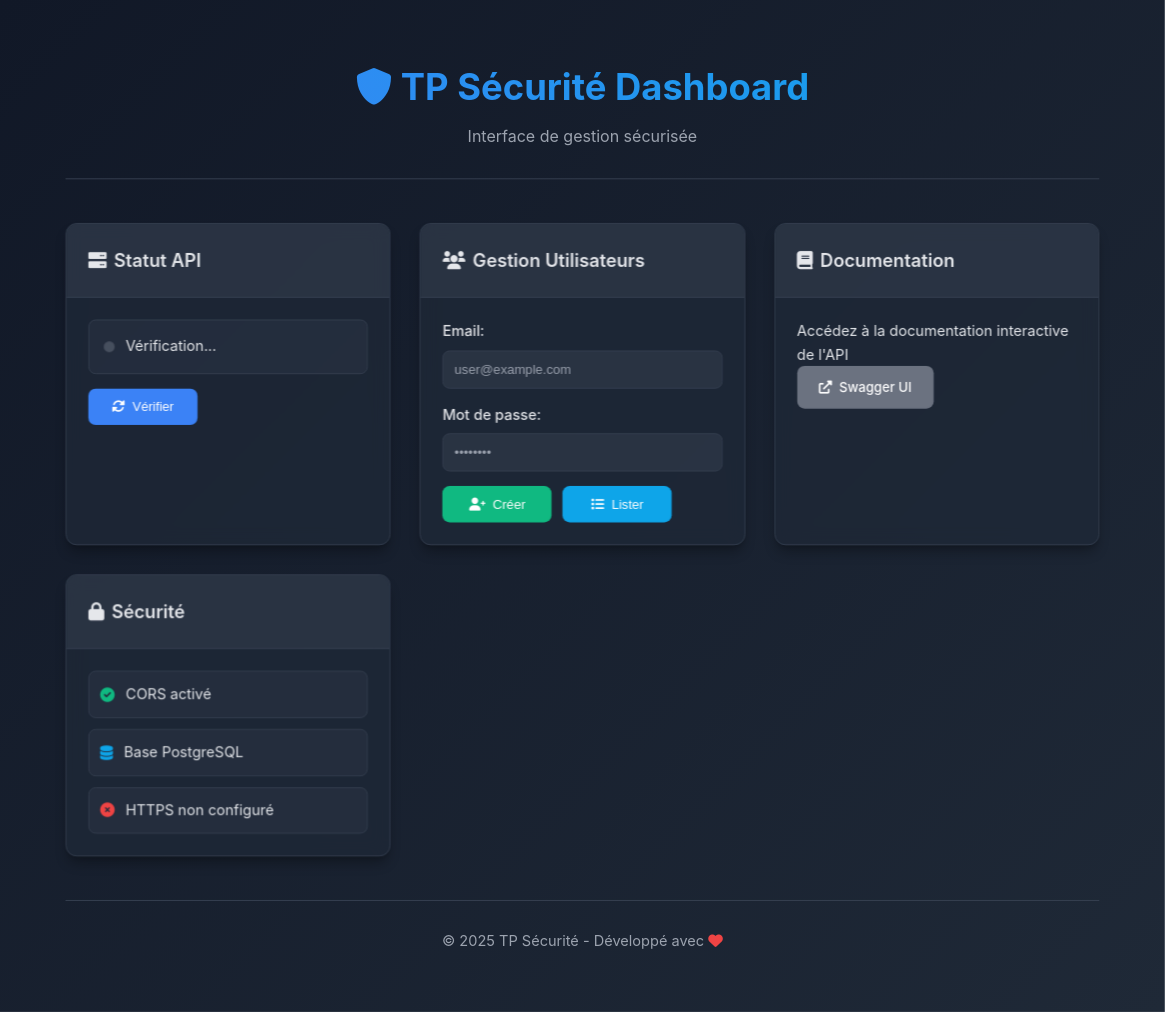
Repository: Yghlis/tp-secu
Page: public/index.html
The author's editor kept a copy of each file at every save. The page is drawn from the files as they stood at one save, then again after the next save.
The browser window is 1280 px wide. The pictures show the whole page, at 91% of full size.

Above is the page before, as saved 2025-07-17 10:20:25.
Console error: TypeError: Cannot read properties of undefined (reading 'add')

After the next save:
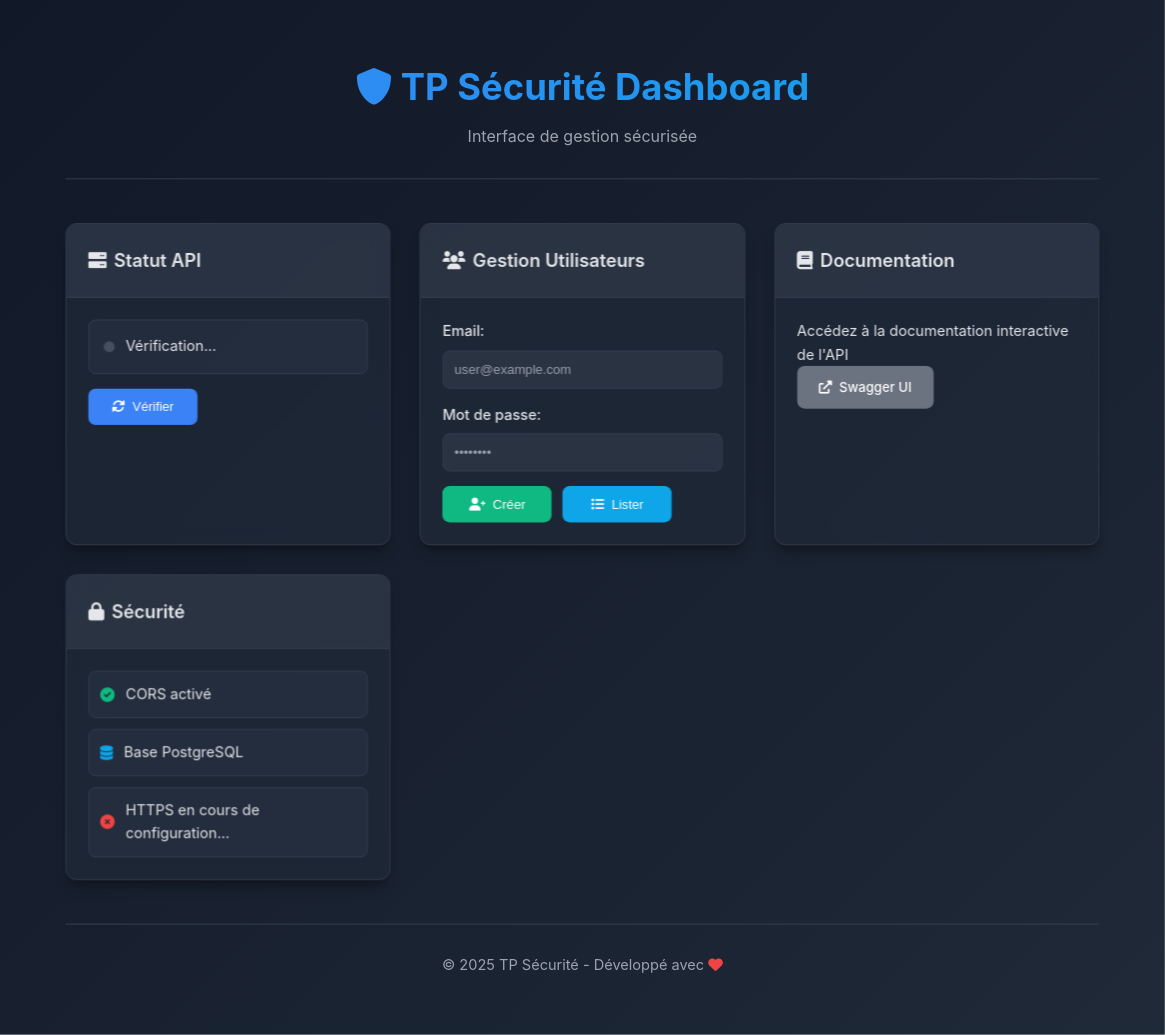
Saved 53 min 51 s later.
--- a/public/index.html
+++ b/public/index.html
@@ -86,7 +86,7 @@
                         </div>
                         <div class="security-item" id="https-status">
                             <i class="fas fa-times-circle text-danger"></i>
-                            <span>HTTPS non configuré</span>
+                            <span>HTTPS en cours de configuration...</span>
                         </div>
                     </div>
                 </div>
